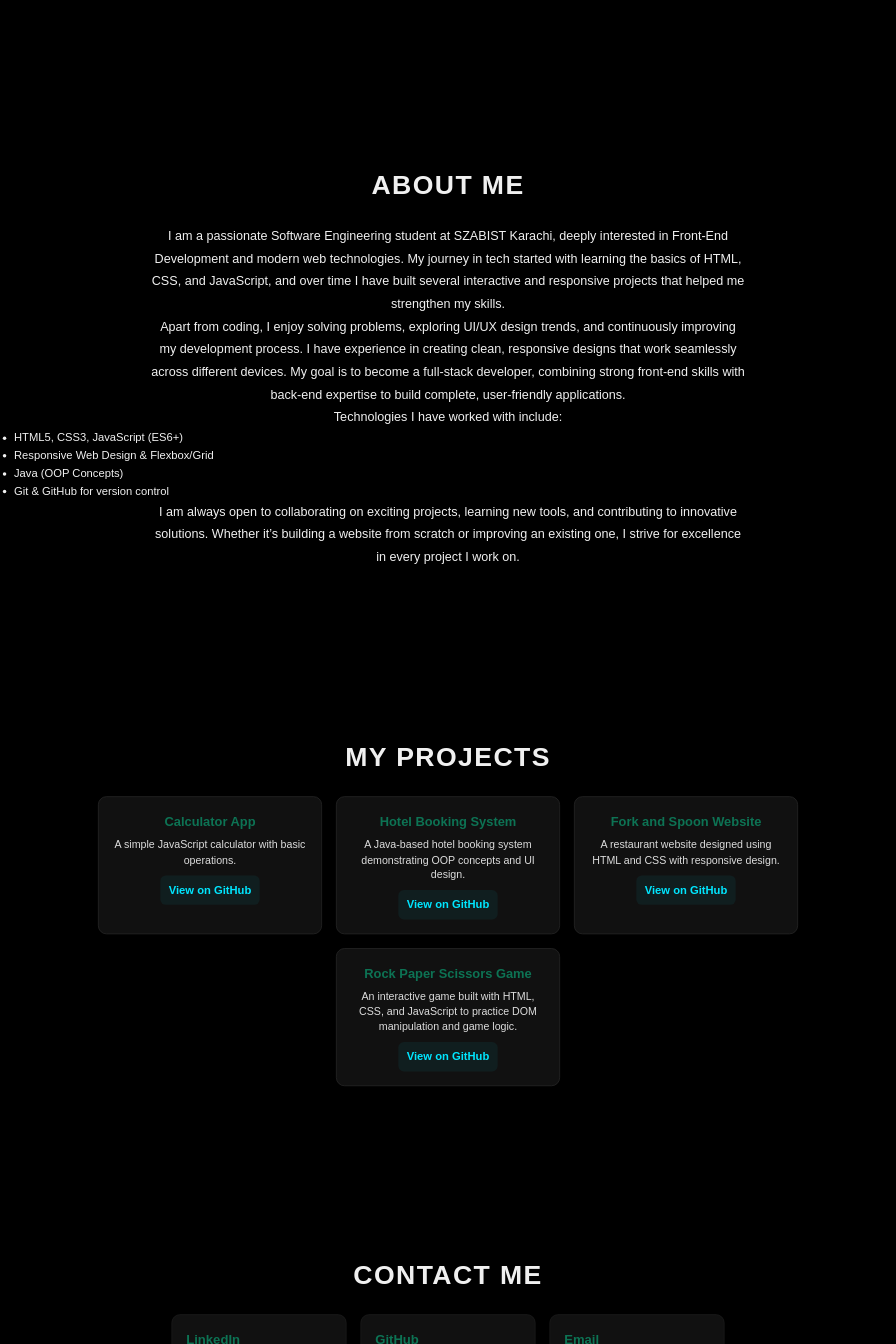
Repository: hawamubarakk/my-portfolio
Page: index.html
The author's editor kept a copy of each file at every save. The page is drawn from the files as they stood at one save, then again after the next save.
The browser window is 1280 px wide. The pictures show the part of the page from y = 671 to 2591 px (the page is 3063 px tall before and 3088 px after), at 70% of full size.

Above is the page before, as saved 2025-08-12 18:21:30.

After the next save:
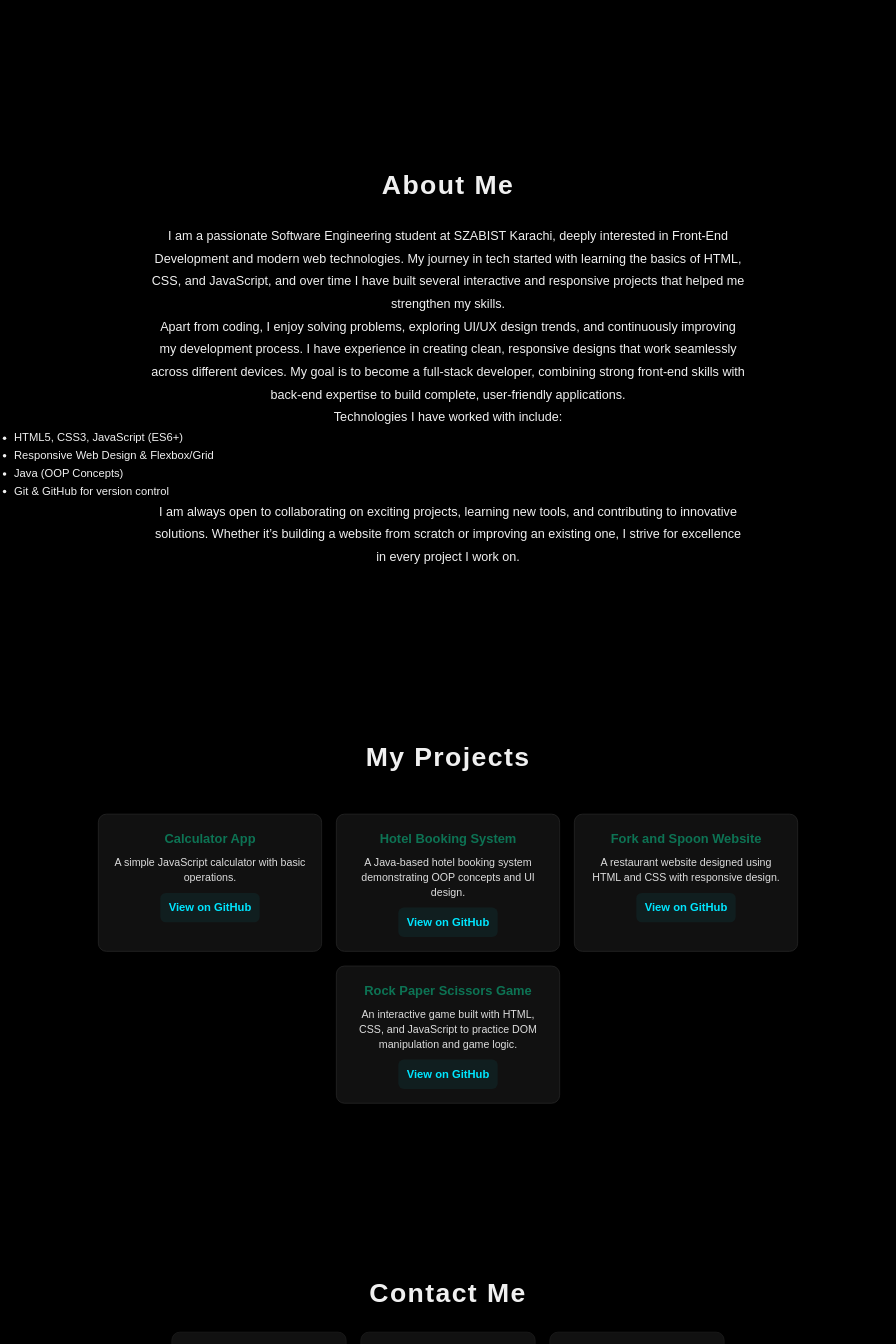
Saved 63 s later.
--- a/css/style.css
+++ b/css/style.css
@@ -87,7 +87,7 @@ header {
     font-size: 38px;
     margin-bottom: 25px;
     text-align: center;
-    text-transform: uppercase;
+    text-transform: none;
     letter-spacing: 2px;
 }
 
@@ -177,6 +177,10 @@ header {
 
 #projects h1 {
     margin-bottom: 30px; /* neeche ka gap */
+}
+
+#projects h2 {
+    margin-bottom: 50px; /* heading se neeche ka space */
 }
 
 .project a {
